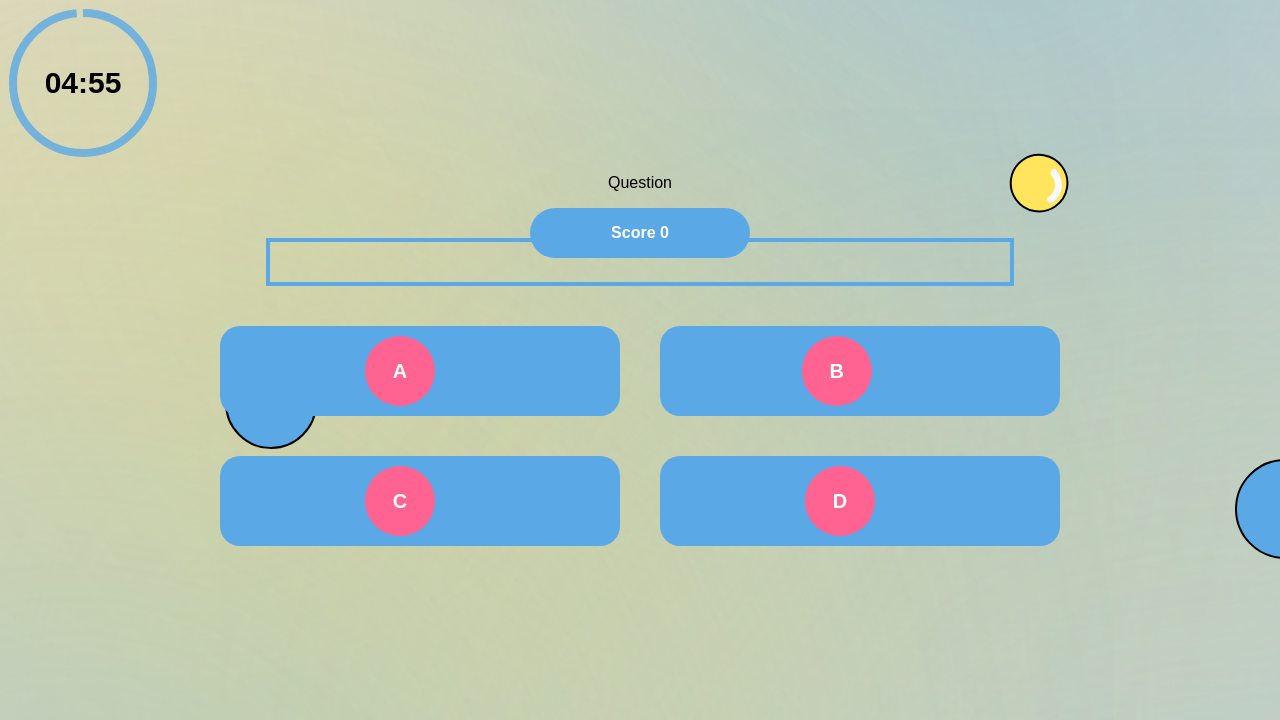
Repository: sierralaurent/SmartiePants
Page: quiz.html
These files come from the project's save history. The page is drawn as it stood at one moment and after a run of saves; the edit follows.
The browser window is 1280 px wide. The pictures show the whole page.
The page's requests for data from a server got no answer.

Above is the page before, as saved 2023-05-16 22:29:02.

### quiz.html
<!DOCTYPE html>
<html lang="en">
    <!--Actual Quiz page-->
  <head>
    <meta charset="UTF-8" />
    <meta name="viewport" content="width=device-width, initial-scale=1.0" />
    <meta http-equiv="X-UA-Compatible" content="ie=edge" />
    <title>SMARTIEPANTS | PLAY</title>
    <link rel="stylesheet" href="quiz.css" />
  </head>
<body>
  <div id="time">
    <div class="circle" style="--clr:#ff2972">
        <div class="dots"></div>
        <svg>
            <circle cx="70" cy="70" r="70" id="dd"></circle>
        </svg>
        <div id="timeLeft">00:00</div>
    </div>
</div>

<div class="container">
    <div id="loader"></div>
    <div id="game" >
      <div id="hud">
        <div id="hud-item">
          <p id="progressText">
            Question
          </p>
          <div id="progressBar">
            <div id="progressBarFull"></div>
          </div>
        </div>
        <div class="score" id="hud-item">
          <p>
            Score
          </p>  &nbsp;
          <p id="score">
            0
          </p>
        </p>

      </div>
      <h2 class="question" id="question"></h2>
      <div class="choice-a-b">
        <div class="choice-container">
          <p class="choice-prefix">A </p>
          <p class="choice-text" data-number="1"></p>
        </div>
        <div class="choice-container">
          <p class="choice-prefix">B </p>&nbsp;
          <p class="choice-text" data-number="2"></p>
        </div>
      </div>


<div class="choice-c-d">
  <div class="choice-container">
    <p class="choice-prefix">C </p>
    <p class="choice-text" data-number="3"></p>
  </div>
  <div class="choice-container">
    <p class="choice-prefix">D </p>
    <p class="choice-text" data-number="4"></p>
  </div>
</div>

    </div>
  </div>
  <script src="quiz.js"></script>
  <script src="timer.js"></script>
</body>
</html>

### quiz.css
body {
    background-image: url('./background.svg');
}

#time .circle svg{
    position: relative;
    width: 150px;
    height: 150px;
    transform: rotate(270deg);
    }

    #time .circle svg circle{
        fill: transparent;
        stroke-width: 8;
        stroke: rgba(90, 169, 230, 0.8);
        transform: translate(5px,5px);
        stroke-dasharray: 440;
    }

    #time .circle{
        position: relative;
        width: 150px;
        height: 150px;
        display: flex;
        justify-content: center;
        align-items: center;
    }

    #time div{
        position: absolute;
        text-align: center;
        font-family: Arial, Helvetica, sans-serif;
        font-weight: bold;
        font-size: 30px;
    }

    .container{
        display: flex;
        justify-content: center;
        text-align: center;
        font-family: Arial, Helvetica, sans-serif;
    }

.choice-container{
    display: flex;
    align-items: center;
    background-color: rgba(90, 169, 230, 1);
    margin: 20px;
    justify-content: center;
    font-size: 24px;
    padding: 20px;
    border-radius: 20px;
    color: white;
    width: 360px;
    height: 50px;
    font-weight: bold;
}

.choice-a-b{
    display: flex;
     justify-content: center;
}

.choice-c-d{
    display: flex;
     justify-content: center;
}

.choice-prefix{
   width: 70px;
  height: 70px;
  border-radius: 100%;
  background: #FF6392;
  color: white;
  display: flex;
  align-items: center;
  justify-content: center;
  font-size: 20px;
margin-right: 20px;
}

.choice-text{
     margin-left: 20px;
}

.question{
    width: 700px;
    font-size: 25px;
   padding: 20px;
    border: 4px solid rgba(90, 169, 230, 1);
    margin: 0 auto;
    position: relative;
   bottom: 20px;
}

.score{
    display: flex;
    justify-content: center;
    background-color:  rgba(90, 169, 230, 1);
    border-radius: 49px;
    width: 220px;
    margin: 0 auto;
    font-weight: bold;
    color: white;

}

### quiz.js
const question = document.getElementById('question');
const choices = Array.from(document.getElementsByClassName('choice-text'));
const progressText = document.getElementById('progressText');
const scoreText = document.getElementById('score');
const progressBarFull = document.getElementById('progressBarFull');
const loader = document.getElementById('loader');
const game = document.getElementById('game');
let currentQuestion = {};
let acceptingAnswers = false;
let score = 0;
let questionCounter = 0;
let availableQuesions = [];

let questions = [];

fetch(
    'https://opentdb.com/api.php?amount=10&difficulty=easy&type=multiple'
)
    .then((res) => {
        return res.json();
    })
    .then((loadedQuestions) => {
        questions = loadedQuestions.results.map((loadedQuestion) => {
            const formattedQuestion = {
                question: loadedQuestion.question,
            };

            const answerChoices = [...loadedQuestion.incorrect_answers];
            formattedQuestion.answer = Math.floor(Math.random() * 4) + 1;
            answerChoices.splice(
                formattedQuestion.answer - 1,
                0,
                loadedQuestion.correct_answer
            );

            answerChoices.forEach((choice, index) => {
                formattedQuestion['choice' + (index + 1)] = choice;
            });

            return formattedQuestion;
        });

        startGame();
    })
    .catch((err) => {
        console.error(err);
    });

//CONSTANTS
const CORRECT_BONUS = 10;
const MAX_QUESTIONS = 10;

startGame = () => {
    questionCounter = 0;
    score = 0;
    availableQuesions = [...questions];
    getNewQuestion();
    game.classList.remove('hidden');
    loader.classList.add('hidden');
};

getNewQuestion = () => {
    if (availableQuesions.length === 0 || questionCounter >= MAX_QUESTIONS) {
        localStorage.setItem('mostRecentScore', score);
        //go to the end page
        return window.location.assign('/end.html');
    }
    questionCounter++;
    progressText.innerText = `Question ${questionCounter}/${MAX_QUESTIONS}`;
    //Update the progress bar
    progressBarFull.style.width = `${(questionCounter / MAX_QUESTIONS) * 100}%`;

    const questionIndex = Math.floor(Math.random() * availableQuesions.length);
    currentQuestion = availableQuesions[questionIndex];
    question.innerHTML = currentQuestion.question;

    choices.forEach((choice) => {
        const number = choice.dataset['number'];
        choice.innerHTML = currentQuestion['choice' + number];
    });

    availableQuesions.splice(questionIndex, 1);
    acceptingAnswers = true;
};

choices.forEach((choice) => {
    choice.addEventListener('click', (e) => {
        if (!acceptingAnswers) return;

        acceptingAnswers = false;
        const selectedChoice = e.target;
        const selectedAnswer = selectedChoice.dataset['number'];

        const classToApply =
            selectedAnswer == currentQuestion.answer ? 'correct' : 'incorrect';

        if (classToApply === 'correct') {
            incrementScore(CORRECT_BONUS);
        }

        selectedChoice.parentElement.classList.add(classToApply);

        setTimeout(() => {
            selectedChoice.parentElement.classList.remove(classToApply);
            getNewQuestion();
        }, 1000);
    });
});

incrementScore = (num) => {
    score += num;
    scoreText.innerText = score;
};

### timer.js

        let timeLeft = document.getElementById("timeLeft");
        let countdownCircle = document.getElementById('dd');
        let dots = document.querySelector('.dots');
        let endTime = new Date();
        endTime.setMinutes(endTime.getMinutes() + 5);

        let x = setInterval(function(){
            let now = new Date().getTime();
            let distance = endTime - now;


            let minutes = Math.floor((distance % (1000 * 60 * 60)) / (1000 * 60));
            let seconds = Math.floor((distance % (1000 * 60)) / 1000);


            timeLeft.innerHTML = minutes.toString().padStart(2, '0') + ":" +
                                  seconds.toString().padStart(2, '0');


            let radius = (distance / (endTime - now)) * 70;
            countdownCircle.setAttribute('r', radius);

            if (distance <= 0) {
                clearInterval(x);
                timeLeft.innerHTML = "00:00";
                showAlert();

            }

            dd.style.strokeDashoffset = 440 - (440 * (distance / (5 * 60 * 1000)));

        }, 1000);
        function showAlert(){
            alert("time is over");
        }

After the next 2 saves:
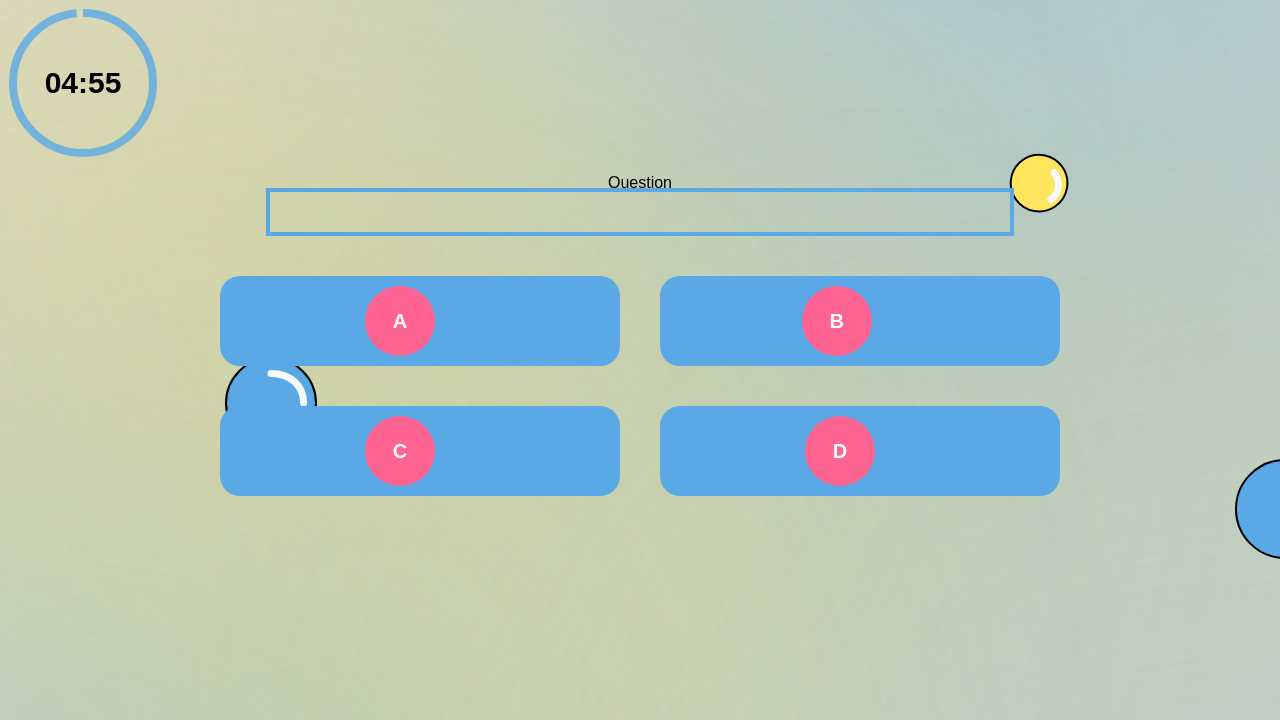
The 2 saves are shown as one change because they came seconds apart.
The last was saved 28 s later.
--- a/quiz.html
+++ b/quiz.html
@@ -31,16 +31,7 @@
             <div id="progressBarFull"></div>
           </div>
         </div>
-        <div class="score" id="hud-item">
-          <p>
-            Score
-          </p>  &nbsp;
-          <p id="score">
-            0
-          </p>
-        </p>
 
-      </div>
       <h2 class="question" id="question"></h2>
       <div class="choice-a-b">
         <div class="choice-container">
